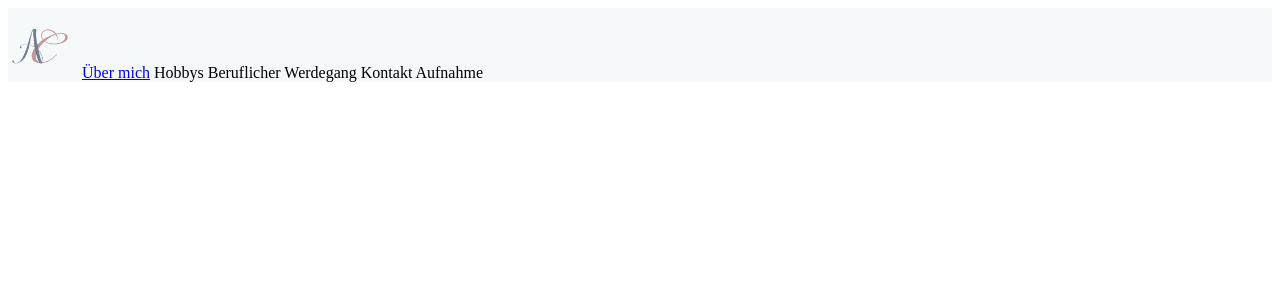
Repository: Ava-VictoriaCrivello/website
Page: index.html
An editor plug-in stored every save of this project. The page is shown before and after the next save, followed by the edit.
The browser window is 1280 px wide. The pictures show the whole page.

Above is the page before, as saved 2022-05-29 11:38:05.

After the next save:
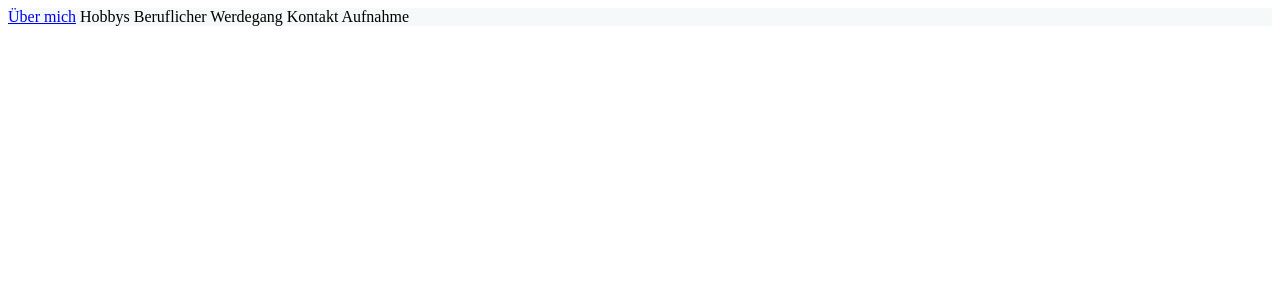
Saved 3 min 7 s later.
--- a/index.html
+++ b/index.html
@@ -10,9 +10,8 @@
   <body>
 
     <header>
-
-                <label> <img src="logo.png"width="70px" alt="A und ein C"> </label>
-                <a class="navigation" href="#Übermich">Über mich</a>
+      <a class="#img" img src="logo.png"width="70px" alt="A und ein C"></a>
+                <a class="#navigation" href="#Übermich">Über mich</a>
                 <a class="#Hobbys">Hobbys</a>
                 <a class="#Work">Beruflicher Werdegang</a>
                 <a class="#Contact">Kontakt Aufnahme</a>
